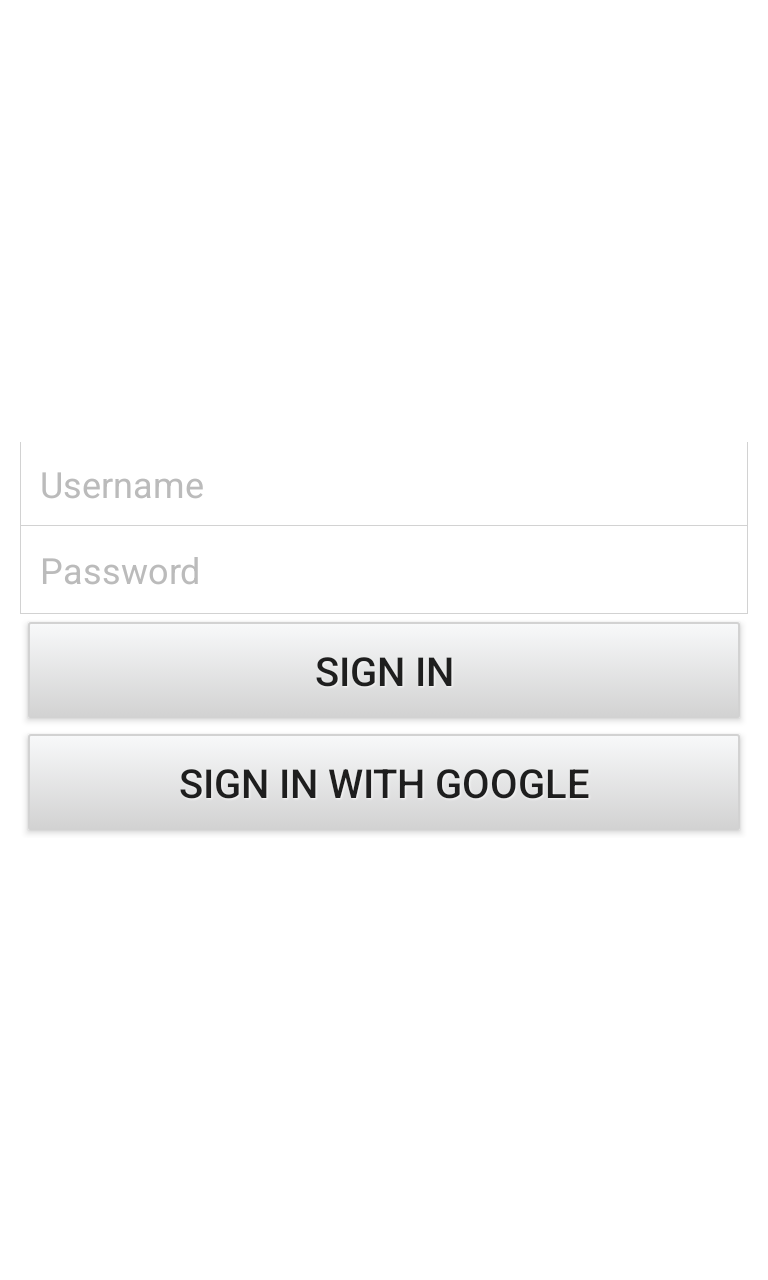
Repository: Jaaga/mooc-tracker
Layout: android/MOOCTracker/res/layout/login_screen.xml
These files come from the project's save history. The layout is drawn as it stood at one moment and after the next save; the edit follows.
It is drawn on a 768 x 1280 px phone screen (xhdpi) without system bars, with theme AppTheme; the app's code is not run.

Above is the layout before, as saved 2014-05-22 18:13:50.

### android/MOOCTracker/res/layout/login_screen.xml
<?xml version="1.0" encoding="utf-8"?>
<RelativeLayout xmlns:android="http://schemas.android.com/apk/res/android"
    android:layout_width="match_parent"
    android:layout_height="match_parent"
    android:orientation="vertical"

    android:background="#ffffff"
    >

   <LinearLayout

       android:orientation="vertical"
       android:layout_width="match_parent"
       android:layout_height="wrap_content"
       android:layout_centerInParent="true"
       android:padding="10dp"
       >

          <EditText
             android:id="@+id/etUserName"
             android:layout_width="match_parent"
             android:layout_height="wrap_content"
             android:background="@drawable/edittext_default_bg"
             android:layout_marginTop="-2dp"
             android:padding="10dp"
             android:hint="@string/usernameHint"
             android:textColorHint="#bbbbbb"
            >
            </EditText>
            <!--  android:drawableLeft="@drawable/user"/ -->

          <EditText
             android:id="@+id/etPass"
             android:layout_width="match_parent"
             android:layout_height="wrap_content"
             android:background="@drawable/edittext_bottom_bg"
             android:layout_marginTop="-2dp"
             android:padding="10dp"
             android:hint="@string/passwordHint"
             android:textColorHint="#bbbbbb"
             android:inputType="textPostalAddress"
             >
            </EditText>

          <!--     android:drawableLeft="@drawable/password"/ -->


           <Button
             android:id="@+id/btnSignIn"
             android:layout_width="match_parent"
             android:layout_height="wrap_content"
             android:padding="10dp"
             android:layout_margin="4dp"
             android:text="@string/signInHint"
             style="@style/DefaultButtonText"
             android:background="@drawable/button_default_bg" />

           <Button
             android:id="@+id/btnGplus"
             android:layout_width="match_parent"
             android:layout_height="wrap_content"
             android:padding="10dp"
             android:layout_margin="4dp"
             style="@style/DefaultButtonText"
             android:text="@string/googleplus"
             android:background="@drawable/button_default_bg"
           />

           <TextView
               android:id="@+id/toSignup"
               android:layout_width="wrap_content"
               android:layout_height="wrap"

               />


   </LinearLayout>



</RelativeLayout>

### android/MOOCTracker/res/drawable-hdpi/edittext_default_bg.xml
<?xml version="1.0" encoding="utf-8"?>
<shape xmlns:android="http://schemas.android.com/apk/res/android"

    android:shape="rectangle" android:padding="10dp">
     <solid android:color="#FFFFFF"/>
     <stroke
        android:width="0.5dp"
        android:color="#d2d2d2" />
</shape>

### android/MOOCTracker/res/values/strings.xml
<?xml version="1.0" encoding="utf-8"?>
<resources>

    <string name="hello">Hello World, AndroidJSONParsingActivity!</string>
    <string name="app_name">Jaaga MOOC-Tracker</string>
    <string name="btRefresh">Refresh</string>
    <string name="loginButton">Login</string>
    <string name="signupButton">Sign Up</string>
    <string name="emailHint">Email</string>
    <string name="usernameHint">Username</string>
    <string name="passwordHint">Password</string>
    <string name="signUpHint">Sign Up</string>
    <string name="signInHint">Sign In</string>
    <string name="action_settings"></string>
    <string name="googleplus">Sign In with Google</string>

    <style name="DefaultButtonText">
       <item name="android:layout_width">fill_parent</item>
        <item name="android:layout_height">wrap_content</item>
        <item name="android:textColor">#1e1e1e</item>
        <item name="android:gravity">center</item>
        <item name="android:layout_margin">3dp</item>
        <item name="android:textStyle">normal</item>
        <item name="android:textSize">20sp</item>
        <item name="android:shadowColor">#f9f9f9</item>
        <item name="android:shadowDx">1</item>
        <item name="android:shadowDy">1</item>
        <item name="android:shadowRadius">1</item>
    </style>

</resources>

### android/MOOCTracker/res/drawable-hdpi/edittext_bottom_bg.xml
<?xml version="1.0" encoding="utf-8"?>
<shape xmlns:android="http://schemas.android.com/apk/res/android"

    android:shape="rectangle" android:padding="10dp">
     <solid android:color="#FFFFFF"/>
     <stroke
        android:width="0.5dp"
        android:color="#d2d2d2" />
</shape>

### android/MOOCTracker/res/drawable-hdpi/button_default_bg.xml
<?xml version="1.0" encoding="utf-8"?>
<selector xmlns:android="http://schemas.android.com/apk/res/android" >

      <item  android:state_pressed="true" >
        <shape>
            <solid
                android:color="#f8f9fa" />
            <stroke
                android:width="1dp"
                android:color="#d2d2d2" />
            <corners
                android:radius="1dp" />

        </shape>
    </item>
    <item>
        <shape>
            <gradient
                android:startColor="#f8f9fa"
                android:endColor="#d2d2d2"
                android:angle="270" />
            <stroke
                android:width="1dp"
                android:color="#d2d2d2" />
            <corners
                android:radius="1dp" />

        </shape>
    </item>

</selector>

Loaded but not shown: android/MOOCTracker/res/values/styles.xml (common file); android/MOOCTracker/res/values-v11/styles.xml (common file); android/MOOCTracker/res/values-v14/styles.xml (common file)

After the next save:
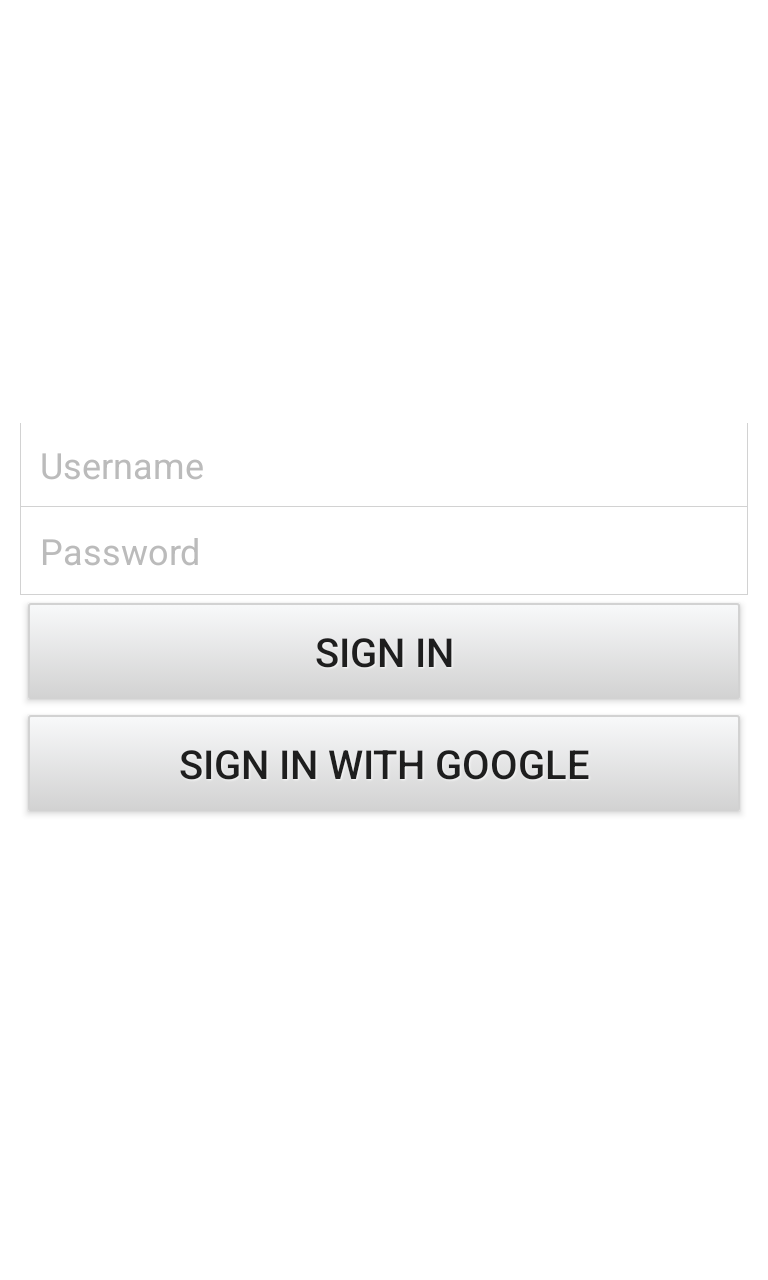
Saved 6 s later.
--- a/android/MOOCTracker/res/layout/login_screen.xml
+++ b/android/MOOCTracker/res/layout/login_screen.xml
@@ -69,7 +69,8 @@
            <TextView
                android:id="@+id/toSignup"
                android:layout_width="wrap_content"
-               android:layout_height="wrap"
+               android:layout_height="wrap_content"
+
 
                />
 
